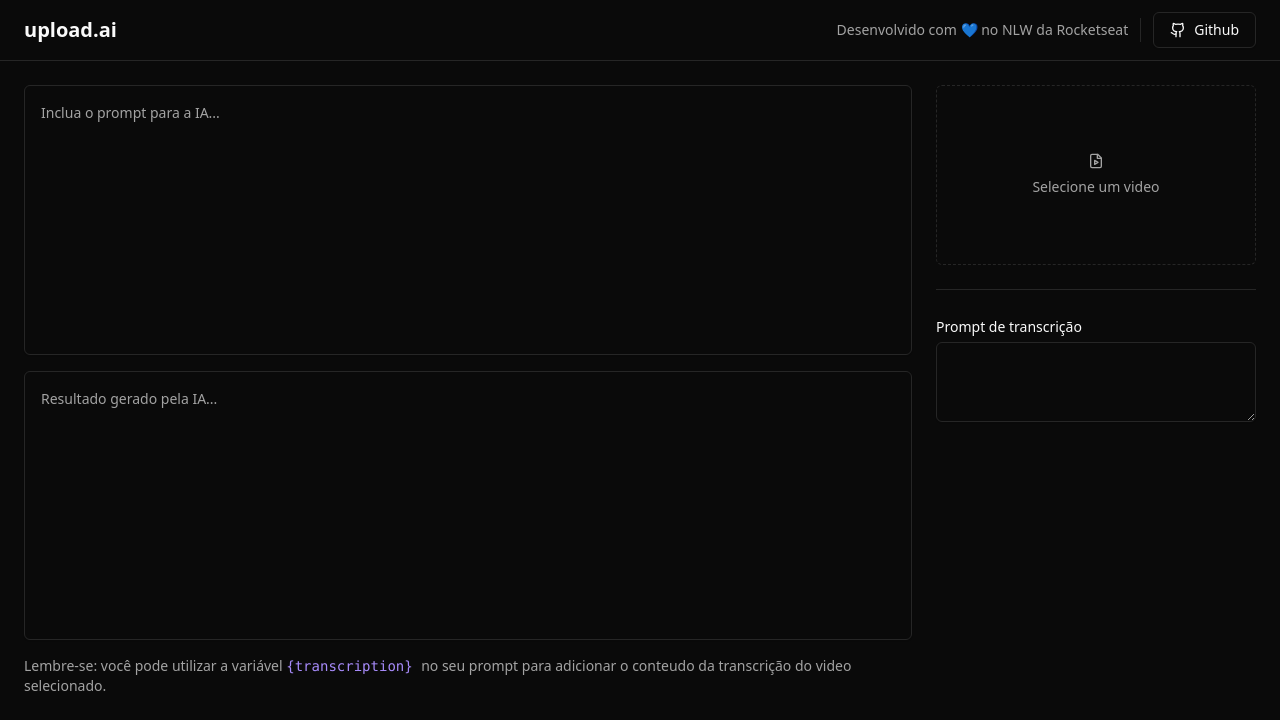
Repository: ricardolimati/upload-ai-web
Page: /
An editor plug-in stored every save of this project. The page is shown before and after a run of saves, followed by the edit.
The browser window is 1280 px wide. The pictures show the whole page.
The project was rebuilt for these pictures with package versions that can differ from the ones it lists, and the page was loaded fresh each time. Also part of the build but not shown: vite.config.ts.

Above is the page before, as saved 2023-09-11 23:55:07.

After the next 3 saves:
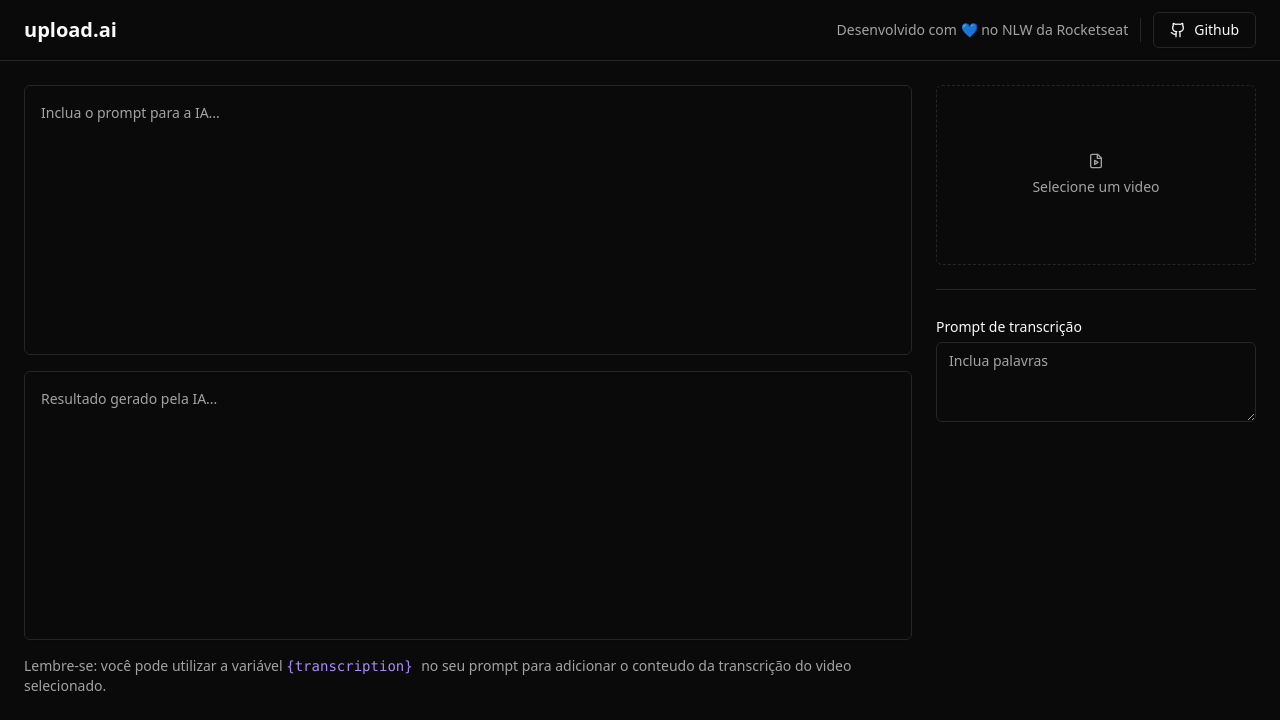
The 3 saves are shown as one change because they came seconds apart.
The last was saved 11 s later.
--- a/src/App.tsx
+++ b/src/App.tsx
@@ -54,7 +54,7 @@ export function App() {
             <Textarea
             id="transcription_prompt"
             className="min-h-20 leading-relaxe"
-            place
+            placeholder="Inclua palavras"
             />
           </div>
         </form>
